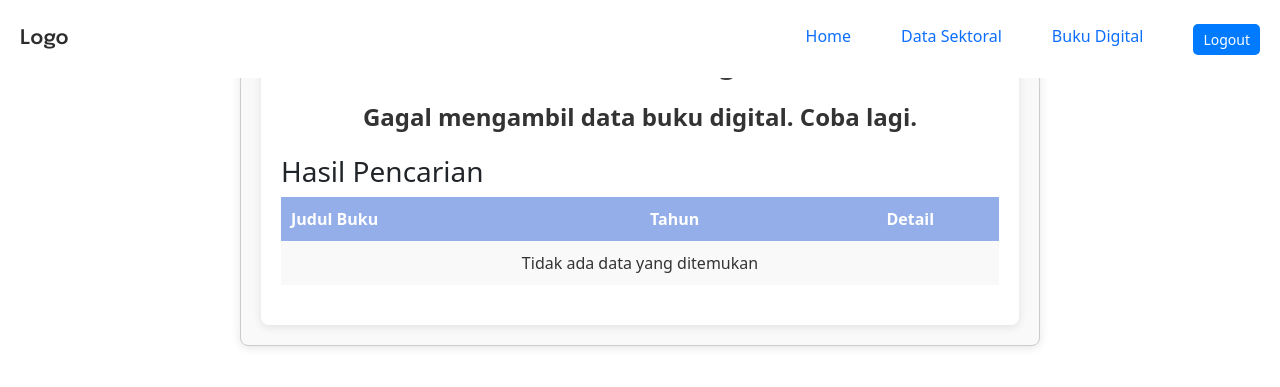
Repository: nida463/Website-PKL
Page: /buku-digital
An editor plug-in stored every save of this project. The page is shown before and after the next save, followed by the edit.
The browser window is 1280 px wide. The pictures show the whole page.
The page's requests for data from a server got no answer. The project was rebuilt for these pictures with package versions that can differ from the ones it lists, and the page was loaded fresh each time. No one was signed in, and anything a server would have sent is missing. Also part of the build but not shown: src/Components/auth/Login.js, src/Components/organisms/Navbar.js, src/Components/atoms/Lable.js, src/Components/molecules/header/BrandingSection.js, src/Components/molecules/header/BodyTextH.js, src/Components/atoms/Button.js, src/Components/molecules/header/ButonContact.js, src/Components/atoms/Image.js and 24 more.

Above is the page before, as saved 2024-10-15 16:02:32.

After the next save:
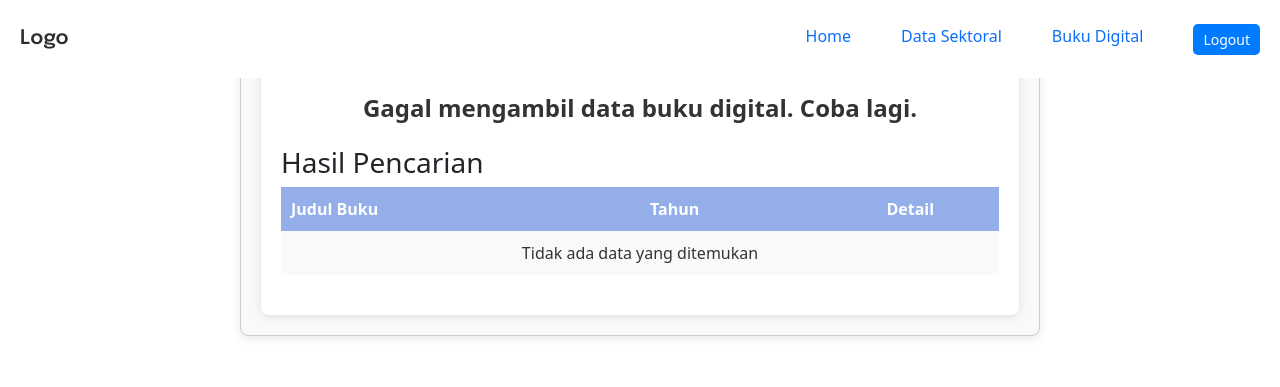
Saved 2 min 25 s later.
--- a/src/styles/Sektoral.css
+++ b/src/styles/Sektoral.css
@@ -15,6 +15,8 @@
   .sektoral-title {
     text-align: center; /* Memusatkan judul */
     margin-bottom: 20px; /* Jarak bawah judul */
+    font-size: 24px; /* Ukuran font judul */
+    color: #007bff; /* Warna biru untuk judul */
   }
 
   .search-form {
@@ -33,6 +35,12 @@
     padding: 10px; /* Ruang dalam input */
     border: 1px solid #ccc; /* Garis batas abu-abu */
     border-radius: 4px; /* Sudut melengkung */
+    transition: border-color 0.3s; /* Efek transisi untuk border */
+  }
+
+  .search-input:focus {
+    border-color: #007bff; /* Warna border saat fokus */
+    outline: none; /* Menghilangkan outline default */
   }
 
   .search-button {
@@ -42,6 +50,7 @@
     border: none; /* Tanpa garis batas */
     border-radius: 4px; /* Sudut melengkung */
     cursor: pointer; /* Pointer saat hover */
+    transition: background-color 0.3s; /* Efek transisi untuk warna latar belakang */
   }
 
   .search-button:hover {
@@ -70,11 +79,13 @@
   }
 
   .sektoral-table th {
-    background-color: #f2f2f2; /* Latar belakang abu-abu untuk header */
+    background-color: #007bff; /* Latar belakang biru untuk header */
+    color: white; /* Warna teks putih */
+    font-weight: bold; /* Menebalkan teks */
   }
 
   .sektoral-table td:nth-child(1) {
-    width: 50px; /* Lebar kolom nomor */
+    width: 40px; /* Lebar kolom nomor yang lebih pendek */
   }
 
   .sektoral-table td:nth-child(2) {
@@ -107,6 +118,11 @@
     border: none; /* Tanpa garis batas */
     border-radius: 4px; /* Sudut melengkung */
     cursor: pointer; /* Pointer saat hover */
+    transition: background-color 0.3s; /* Efek transisi untuk warna latar belakang */
+  }
+
+  .pagination-button:hover {
+    background-color: #0056b3; /* Warna saat hover */
   }
 
   .pagination-button:disabled {
